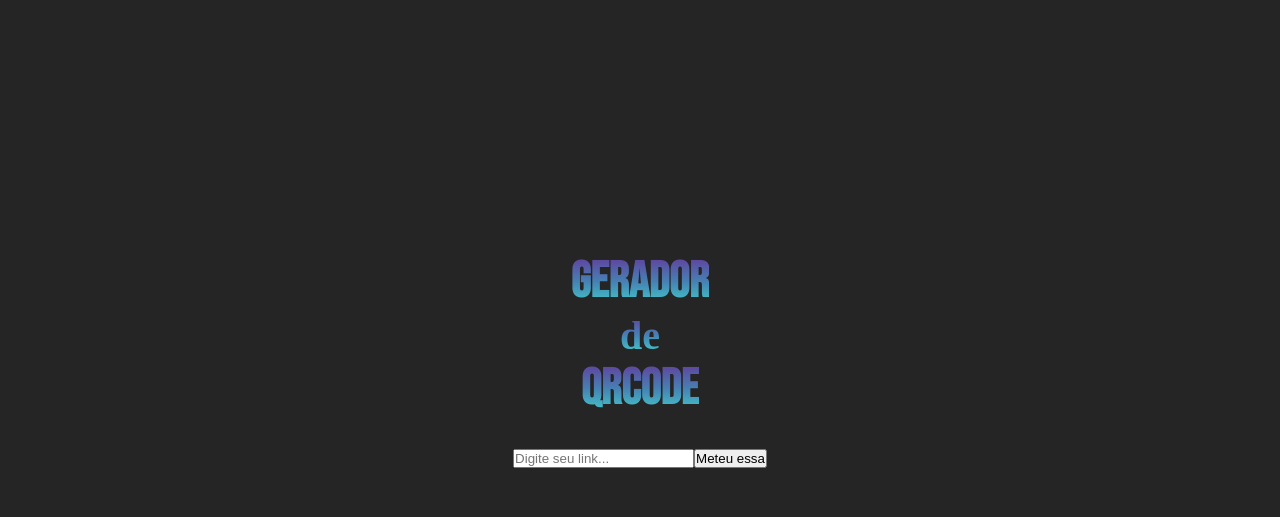
Repository: odiloalmeida/qrcode-generator
Page: /
These files come from the project's save history. The page is drawn as it stood at one moment and after the next save; the edit follows.
The browser window is 1280 px wide. The pictures show the whole page.
The project was rebuilt for these pictures with package versions that can differ from the ones it lists, and the page was loaded fresh each time. Also part of the build but not shown: vite.config.js.

Above is the page before, as saved 2022-11-22 19:10:58.

After the next save:
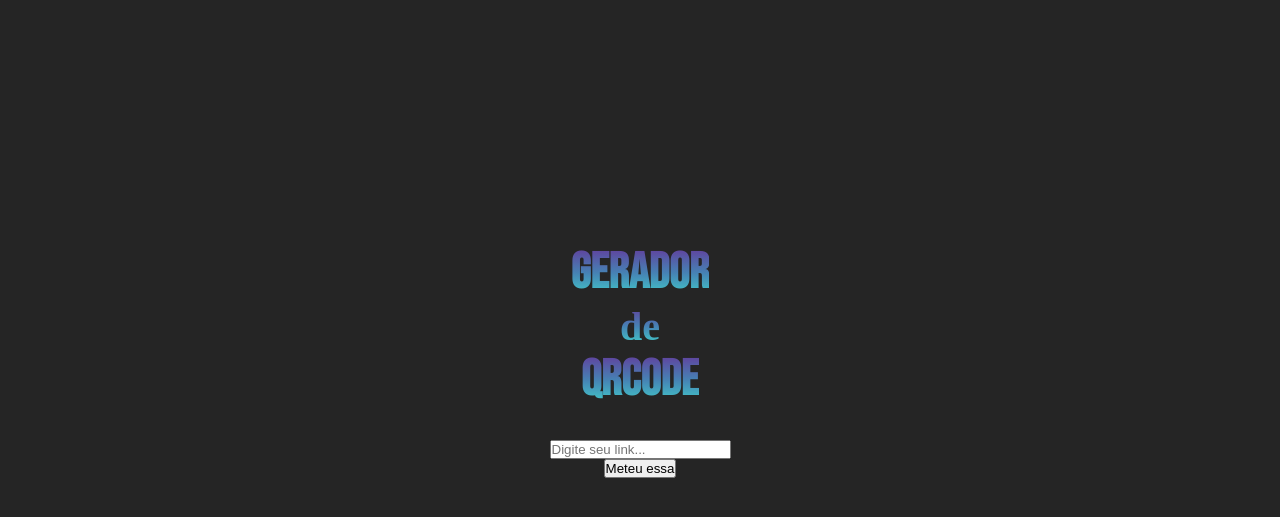
Saved 38 s later.
--- a/src/App.jsx
+++ b/src/App.jsx
@@ -13,15 +13,11 @@
         <img
         id='imageQRCode'
         src=''/>
-
-        <form onSubmit=''>
-          <input
-          id='conteudoQRCode'
-          className='input'
-          placeholder='Digite seu link...'/>
-
-          <button type='submit'>Meteu essa</button>
-        </form>
+        <input
+        id='conteudoQRCode'
+        className='input'
+        placeholder='Digite seu link...'/>
+        <button type='submit'>Meteu essa</button>
       </div>
     </div>
   )
